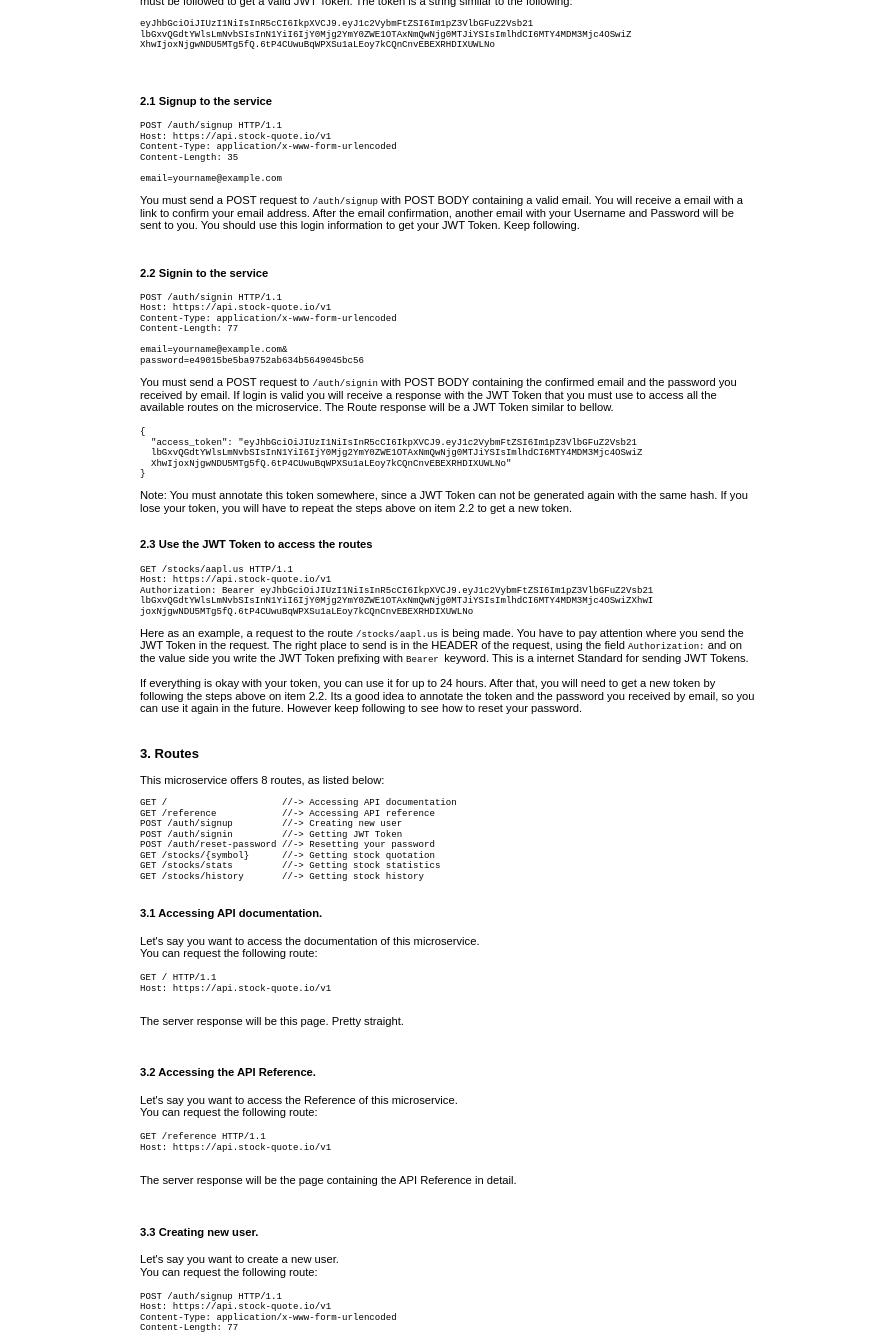
Repository: miguelamello/nest-js
Page: stock-service/documentation.html
These files come from the project's save history. The page is drawn as it stood at one moment and after the next save; the edit follows.
The browser window is 1280 px wide. The pictures show the part of the page from y = 528 to 2448 px (the page is 6868 px tall before and 6883 px after), at 70% of full size.

Above is the page before, as saved 2023-04-03 14:06:48.

### stock-service/documentation.html
<!DOCTYPE html>
<html lang="en">
<head>
  <meta charset="UTF-8">
  <meta http-equiv="X-UA-Compatible" content="IE=edge">
  <meta name="viewport" content="width=device-width, initial-scale=1.0">
  <title>STOCK QUOTE MICROSERVICE DOCUMENTATION</title>
  <style>
    body {
      font-family: Arial, Helvetica, sans-serif;
      padding: 3% 15%;
    }
    h3 {
      margin-top: 5%;
    }
    pre {
      margin: 0;
      overflow: auto;
    }
  </style>
</head>
<body>
  <h2>STOCK QUOTE MICROSERVICE DOCUMENTATION</h2>
  <p>
    This microservice aims to facilitate the acquisition of stock exchange quotes from various
    companies in US and UK. Please follow the documentation to get a complete understanding
    of how the service works.
  </p>

  <h3>1. Entrypoint</h3>
  <code>https://api.stock-quote.io/v1</code>
  <p>
    All routes starts from the entrypoint above. Accessing this entrypoint will
    retrieve the STOCK QUOTE MICROSERVICE DOCUMENTATION in a friendly presentation,
    as easy to read as this page can be.
  </p>

  <p>If you want for a more detailed documentation, you should navigate to the
    STOCK QUOTE MICROSERVICE REFERENCE where you will find more technical
    explanations about the service.
  </p>

  <pre>
GET /reference HTTP/1.1
Host: https://api.stock-quote.io/v1
  </pre>

  <h3>2. Authentication</h3>
  <p>A JSON Web Token (JWT) Authentication is required for some routes on the microservice.
    Below are listed the steps that must be followed to get a valid JWT Token. The token is
    a string similar to the following:
  </p>

  <pre>
eyJhbGciOiJIUzI1NiIsInR5cCI6IkpXVCJ9.eyJ1c2VybmFtZSI6Im1pZ3VlbGFuZ2Vsb21
lbGxvQGdtYWlsLmNvbSIsInN1YiI6IjY0Mjg2YmY0ZWE1OTAxNmQwNjg0MTJiYSIsImlhdCI6MTY4MDM3Mjc4OSwiZ
XhwIjoxNjgwNDU5MTg5fQ.6tP4CUwuBqWPXSu1aLEoy7kCQnCnvEBEXRHDIXUWLNo
  </pre>
  <p>

    <br><div><b>2.1 Signup to the service</b></div><br>

    <pre>
POST /auth/signup HTTP/1.1
Host: https://api.stock-quote.io/v1
Content-Type: application/x-www-form-urlencoded
Content-Length: 35

email=yourname@example.com
    </pre>

    <div>You must send a POST request to <code>/auth/signup</code> with POST BODY containing a valid email.
      You will receive a email with a link to confirm your email address. After the email confirmation,
      another email with your Username and Password will be sent to you. You should use this login
      information to get your JWT Token. Keep following.</div>
    </div>
  </p>

  <p>
    <br><div><b>2.2 Signin to the service</b></div><br>

    <pre>
POST /auth/signin HTTP/1.1
Host: https://api.stock-quote.io/v1
Content-Type: application/x-www-form-urlencoded
Content-Length: 77

email=yourname@example.com&
password=e49015be5ba9752ab634b5649045bc56
    </pre>

    <div>You must send a POST request to <code>/auth/signin</code> with POST BODY containing the
      confirmed email and the password you received by email. If login is valid you will
      receive a response with the JWT Token that you must use to access all the available
      routes on the microservice. The Route response will be a JWT Token similar to bellow.
    </div><br>

    <pre>
{
  "access_token": "eyJhbGciOiJIUzI1NiIsInR5cCI6IkpXVCJ9.eyJ1c2VybmFtZSI6Im1pZ3VlbGFuZ2Vsb21
  lbGxvQGdtYWlsLmNvbSIsInN1YiI6IjY0Mjg2YmY0ZWE1OTAxNmQwNjg0MTJiYSIsImlhdCI6MTY4MDM3Mjc4OSwiZ
  XhwIjoxNjgwNDU5MTg5fQ.6tP4CUwuBqWPXSu1aLEoy7kCQnCnvEBEXRHDIXUWLNo"
}
    </pre>

    <div>Note: You must annotate this token somewhere, since a JWT Token can not be generated
      again with the same hash. If you lose your token, you will have to repeat the steps above
      on item 2.2 to get a new token.
    </div><br>

  </p>

  <p>
    <div><b>2.3 Use the JWT Token to access the routes</b></div><br>

    <pre>
GET /stocks/aapl.us HTTP/1.1
Host: https://api.stock-quote.io/v1
Authorization: Bearer eyJhbGciOiJIUzI1NiIsInR5cCI6IkpXVCJ9.eyJ1c2VybmFtZSI6Im1pZ3VlbGFuZ2Vsb21
lbGxvQGdtYWlsLmNvbSIsInN1YiI6IjY0Mjg2YmY0ZWE1OTAxNmQwNjg0MTJiYSIsImlhdCI6MTY4MDM3Mjc4OSwiZXhwI
joxNjgwNDU5MTg5fQ.6tP4CUwuBqWPXSu1aLEoy7kCQnCnvEBEXRHDIXUWLNo
    </pre>

    <div>Here as an example, a request to the route <code>/stocks/aapl.us</code> is being made.
      You have to pay attention where you send the JWT Token in the request. The right place to
      send is in the HEADER of the request, using the field <code>Authorization:</code> and on the
      value side you write the JWT Token prefixing with <code>Bearer </code> keyword. This is a internet
      Standard for sending JWT Tokens.
    </div><br>

    <div>
      If everything is okay with your token, you can use it for up to 24 hours. After that, you will
      need to get a new token by following the steps above on item 2.2. Its a good idea to annotate
      the token and the password you received by email, so you can use it again in the future. However
      keep following to see how to reset your password.
    </div>
  </p>

  <h3>3. Routes</h3>

  <p>This microservice offers 8 routes, as listed below:</p>

  <pre>
GET /                     //-> Accessing API documentation
GET /reference            //-> Accessing API reference
POST /auth/signup         //-> Creating new user
POST /auth/signin         //-> Getting JWT Token
POST /auth/reset-password //-> Resetting your password
GET /stocks/{symbol}      //-> Getting stock quotation
GET /stocks/stats         //-> Getting stock statistics
GET /stocks/history       //-> Getting stock history
  </pre>

  <h4>3.1 Accessing API documentation.</h4>

  <p>
    <div>Let's say you want to access the documentation of this microservice.</div>
    <div>You can request the following route:</div><br>
    <pre>
GET / HTTP/1.1
Host: https://api.stock-quote.io/v1
    </pre>

    <p>The server response will be this page. Pretty straight.</p>
  </p>

  <br><h4>3.2 Accessing the API Reference.</h4>

  <p>
    <div>Let's say you want to access the Reference of this microservice.</div>
    <div>You can request the following route:</div><br>
    <pre>
GET /reference HTTP/1.1
Host: https://api.stock-quote.io/v1
    </pre>

    <p>The server response will be the page containing the API Reference in detail.</p>
  </p>

  <br><h4>3.3 Creating new user.</h4>

  <p>
    <div>Let's say you want to create a new user.</div>
    <div>You can request the following route:</div><br>

    <pre>
POST /auth/signup HTTP/1.1
Host: https://api.stock-quote.io/v1
Content-Type: application/x-www-form-urlencoded
Content-Length: 77

email=yourname@example.com
    </pre>

    <p>The server response will be a JSON similar to:</p>

    <pre>
{
  "email": "josetrindade@ipp.com",
  "role": "user",
  "message": "User created successfully. Check your email for the password."
}
    </pre>

    <div>
      Note: The password will be sent to the email you provided. If you don't receive the email,
      check your spam folder. If you still don't receive the email, please contact us at
      <code>developers@stock-quote.io</code>
    </div>

    <br><h4>3.4 Getting JWT Token.</h4>

  <p>
    <div>Let's say you want to grab the JWT Token.</div>
    <div>You can request the following route:</div><br>

    <pre>
POST /auth/signin HTTP/1.1
Host: https://api.stock-quote.io/v1
Content-Type: application/x-www-form-urlencoded
Content-Length: 102

email=yourname@example.com&
password=e49015be5ba9752ab634b5649045bc56
    </pre>

    <p>The server response will be a JSON similar to:</p>

    <pre>
{
  "access_token": "eyJhbGciOiJIUzI1NiIsInR5cCI6IkpXVCJ9.eyJ1c2VybmFtZSI6Im1pZ3VlbGFuZ2Vsb21
  lbGxvQGdtYWlsLmNvbSIsInN1YiI6IjY0Mjg2YmY0ZWE1OTAxNmQwNjg0MTJiYSIsImlhdCI6MTY4MDM3Mjc4OSwiZ
  XhwIjoxNjgwNDU5MTg5fQ.6tP4CUwuBqWPXSu1aLEoy7kCQnCnvEBEXRHDIXUWLNo"
}
    </pre>

    <div>
      Note: The access_token is the JWT Token you will use to access the other routes.
      Please refer to item 2.3 to see how to use it.
    </div>

    <br><h4>3.5 Resetting your password.</h4>

  <p>
    <div>Suppose your forgot or lost your password.</div>
    <div>So you have to reset it, right?. </div>
    <div>You can request the following route:</div><br>

    <pre>
POST /auth/reset-password HTTP/1.1
Host: https://api.stock-quote.io/v1
Content-Type: application/x-www-form-urlencoded
Content-Length: 85

email=yourname@example.com
    </pre>

    <p>The server response will be a JSON similar to:</p>

    <pre>
{
  "email": "josetrindade@ipp.com",
  "role": "user",
  "message": "Password reseted successfully. Check your email for the password."
}
    </pre>

    <div>
      Note: The password will be sent to the email you provided since it exists as current user.
      If you don't receive the email, check your spam folder. If you still don't receive the email,
      please contact us at <code>developers@stock-quote.io</code>
    </div>

    <br><h4>3.6 Getting stock quotation.</h4>

  <p>
    <div><b>Example 3.6.1:</b></div>
    <div>Let's say you want to get the US stock quote of Apple Inc. (AAPL).</div>
    <div>You can request the following route:</div><br>
    <pre>
GET /stocks/t.us HTTP/1.1
Host: https://api.stock-quote.io/v1
Authorization: Bearer eyJhbGciOiJIUzI1NiIsInR5cCI6IkpXVCJ9.eyJ1c2VybmFtZSI6Impvc2V0cm
luZGFkZUBpcHAuY29tIiwic3ViIjoiNjQyOWNiYTU4M2JjYzAyZDQzNjY3NzgzIiwiaWF0IjoxNjgwNDYwNzQ4
LCJleHAiOjE2ODA1NDcxNDh9.FnLXfRf7x2kIjwYxHPb5NBxYOhrLcuSBF3Yzz-VkC8E
    </pre>

    <p>The server response will be a JSON similar to:</p>

    <pre>
{
  "symbol":"AAPL.US",
  "date":"2023-03-28",
  "time":"22:00:07",
  "open":157.97,
  "high":158.49,
  "low":155.98,
  "close":157.65,
  "volume":38112523,
  "name":"APPLE"
}
    </pre>
  </p>
  <p>
    <div><b>Example 3.6.2:</b></div>
    <div>Let's say you want to get the UK stock quote of HSBC HOLDINGS. (HSBA.UK).</div>
    <div>You can request the following endpoint:</div><br>
    <pre>
GET /stocks/hsbc.uk HTTP/1.1
Host: https://api.stock-quote.io/v1
Authorization: Bearer eyJhbGciOiJIUzI1NiIsInR5cCI6IkpXVCJ9.eyJ1c2VybmFtZSI6Impvc2V0cm
luZGFkZUBpcHAuY29tIiwic3ViIjoiNjQyOWNiYTU4M2JjYzAyZDQzNjY3NzgzIiwiaWF0IjoxNjgwNDYwNzQ4
LCJleHAiOjE2ODA1NDcxNDh9.FnLXfRf7x2kIjwYxHPb5NBxYOhrLcuSBF3Yzz-VkC8E
    </pre>

    <p>The server response will be a JSON similar to:</p>

    <pre>
{
  "symbol":"HSBA.UK",
  "date":"2023-03-28",
  "time":"17:39:12",
  "open":546,
  "high":549.3,
  "low":536.3,
  "close":541.1,
  "volume":21063071,
  "name":"HSBC HOLDINGS"
}
    </pre>
  </p>

  <p>
    <div><b>Example 3.6.3:</b></div>
    <div>Let's say you want to get the US Nasdaq stock quote of AMERICAN AIRLINES GROUP (AAL.US).</div>
    <div>However you mispelled the symbol.</div><br>
    <pre>
GET /stocks/aml.us HTTP/1.1
Host: https://api.stock-quote.io/v1
Authorization: Bearer eyJhbGciOiJIUzI1NiIsInR5cCI6IkpXVCJ9.eyJ1c2VybmFtZSI6Impvc2V0cm
luZGFkZUBpcHAuY29tIiwic3ViIjoiNjQyOWNiYTU4M2JjYzAyZDQzNjY3NzgzIiwiaWF0IjoxNjgwNDYwNzQ4
LCJleHAiOjE2ODA1NDcxNDh9.FnLXfRf7x2kIjwYxHPb5NBxYOhrLcuSBF3Yzz-VkC8E
    </pre>

    <p>The server response will be a JSON similar to:</p>

    <pre>
{
  "statusCode": 400,
  "message": "A valid stock symbol is required."
}
    </pre>

    <p>
      <b>Note:</b> This route require a valid JWT Token to be sent on the request header.
    </p>
  </p>

  <br><h4>3.7 Getting stock history.</h4>

  <p>
    <div>Let's say you want to get the history of recent stock quotes made.</div>
    <div>You can request the following route:</div><br>
    <pre>
GET /stocks/history HTTP/1.1
Host: https://api.stock-quote.io/v1
Authorization: Bearer eyJhbGciOiJIUzI1NiIsInR5cCI6IkpXVCJ9.eyJ1c2VybmFtZSI6Im1pZ3VlbGFuZ2Vsb21lbGxvQG
dtYWlsLmNvbSIsInN1YiI6IjY0Mjk4ODg1ZWI4YmU1YzI4NzE5ZWU4YSIsImlhdCI6MTY4MDQ0MzUzNSwiZXhwIjoxNjgwNTI5OTM
1fQ.Z_RNznoqwGqKB2SdTPnZFDmCgH7ZJLUXls9ye1pUoe8
    </pre>

    <p>The server response will be a JSON similar to:</p>

    <pre>
[
  {
      "date": "2023-03-31T22:04:24.000Z",
      "name": "AT&T",
      "symbol": "T.US",
      "open": 19.12,
      "high": 19.25,
      "low": 19.03,
      "close": 19.25
  },
  {
      "date": "2023-03-31T22:00:20.000Z",
      "name": "UNITED STATES STEEL",
      "symbol": "X.US",
      "open": 26.39,
      "high": 26.46,
      "low": 25.955,
      "close": 26.1
  },
  {
      "date": "2023-03-31T22:00:15.000Z",
      "name": "ZILLOW GROUP",
      "symbol": "Z.US",
      "open": 43.07,
      "high": 44.54,
      "low": 42.98,
      "close": 44.47
  },
  ...
]
    </pre>
  </p>

  <br><h4>3.7 Getting stock statistics.</h4>

  <p>
    <div>Let's say you are the ADMIN and want to get the statistics of recent stock quotes made.</div>
    <div>You can request the following route:</div><br>
    <pre>
GET /stocks/stat HTTP/1.1
Host: https://api.stock-quote.io/v1
Authorization: Bearer eyJhbGciOiJIUzI1NiIsInR5cCI6IkpXVCJ9.eyJ1c2VybmFtZSI6Im1pZ3VlbGFuZ2Vsb21lbGxvQG
dtYWlsLmNvbSIsInN1YiI6IjY0Mjk4ODg1ZWI4YmU1YzI4NzE5ZWU4YSIsImlhdCI6MTY4MDQ0MzUzNSwiZXhwIjoxNjgwNTI5OTM
1fQ.Z_RNznoqwGqKB2SdTPnZFDmCgH7ZJLUXls9ye1pUoe8
    </pre>

    <p>The server response will be a JSON similar to:</p>

    <pre>
[
  {
      "times_requested": 4,
      "symbol": "d.us",
      "name": "dominion energy"
  },
  {
      "times_requested": 3,
      "symbol": "b.us",
      "name": "barnes group"
  },
  {
      "times_requested": 3,
      "symbol": "a.us",
      "name": "agilent technologies"
  },
  {
      "times_requested": 1,
      "symbol": "f.us",
      "name": "ford motor"
  },
  {
      "times_requested": 1,
      "symbol": "x.us",
      "name": "united states steel"
  },
  {
      "times_requested": 1,
      "symbol": "z.us",
      "name": "zillow group"
  },
  {
      "times_requested": 1,
      "symbol": "c.us",
      "name": "citigroup"
  },
  ...
]
    </pre>
  </p>

  <h3>4. Error Responses</h3>

  <p>
    Server will respond with an Error Object Literal containing
    the status and the message of error. Errors can be triggered
    by the client itself, for example when sending mistyped endpoints
    or the server itself can trigger a Error when a
    task can not be completed for any reason.
  </p>

  <p>
    <code>{ "statusCode": number, "message": string }</code><br>
    <div>
      The object literal returned will contain two properties:
      "statusCode" with a number and "message" with the human readable text.
    </div>
  </p>

  <p>Exemple Error Message:</p>
  <p>
    <code>
      {"statusCode":400,"message":"Symbol must be a valid quote."}
    </code>
  </p>

  <h3>5. Disclaimer</h3>
  <p>
    This microservice should be used strictly as proposed in this documentation.
    Any usage that is not in accordance with the documentation may result in harmful
    consequences to the user. The authors of this service are not responsible for
    any misuse of the proposed microservice and its consequences. If you have any question,
    suggestion, information regarding the use of this service, please contact
    the authors at <b>developers@stock-quote.io</b>
  </p>

</body>
</html>

After the next save:
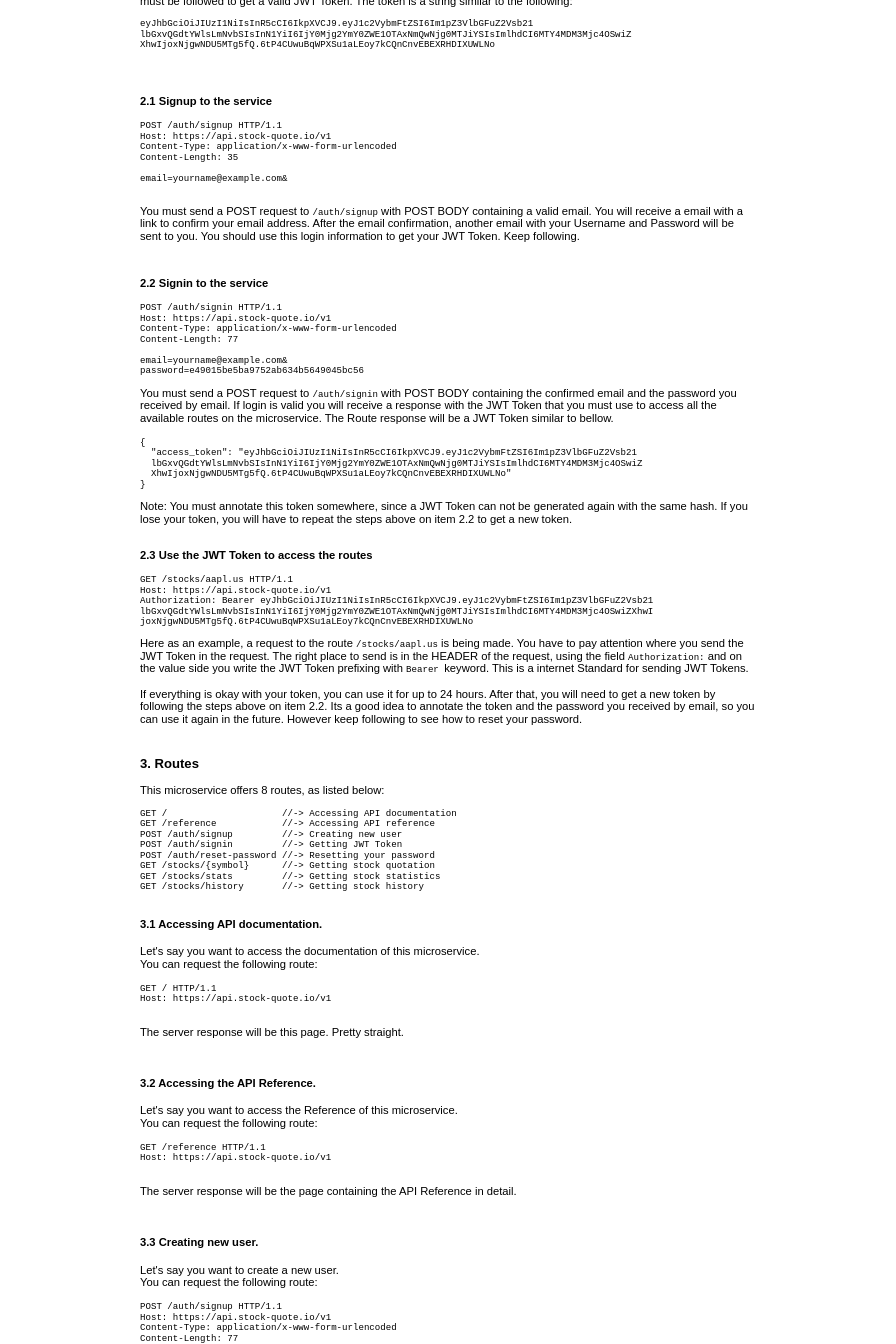
Saved 26 s later.
--- a/stock-service/documentation.html
+++ b/stock-service/documentation.html
@@ -66,7 +66,8 @@ Host: https://api.stock-quote.io/v1
 Content-Type: application/x-www-form-urlencoded
 Content-Length: 35
 
-email=yourname@example.com
+email=yourname@example.com&
+
     </pre>
 
     <div>You must send a POST request to <code>/auth/signup</code> with POST BODY containing a valid email.
